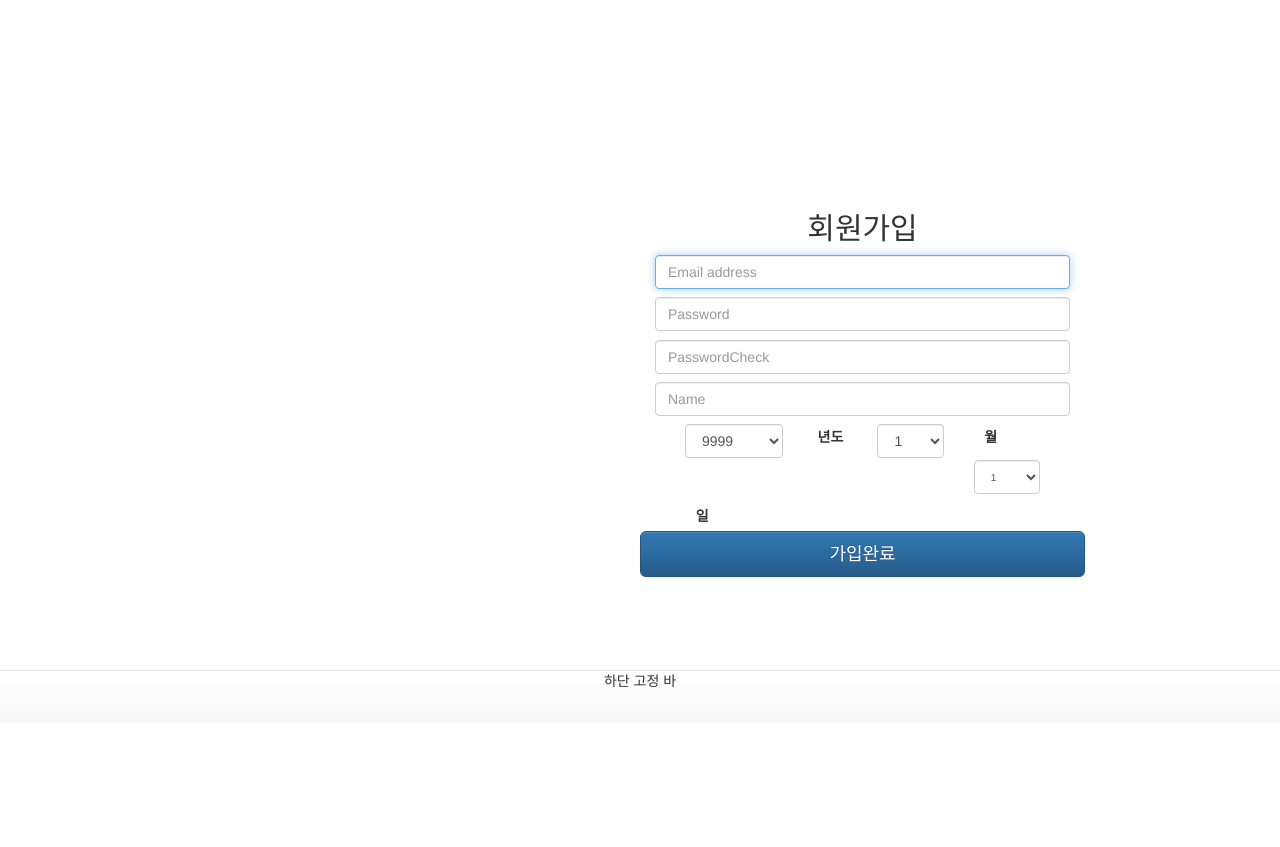
Repository: hrhwbp/Acorn-Final-Project
Page: http://localhost/final_project/index.jsp
An editor plug-in stored every save of this project. The page is shown before and after the next save, followed by the edit.
The browser window is 1280 px wide. The pictures show the whole page.
Some web libraries are served in a nearby version. The page is served by Tomcat 9. Nobody is signed in. The application's start-up code is not run.

Above is the page before, as saved 2016-10-26 07:00:37.

After the next save:
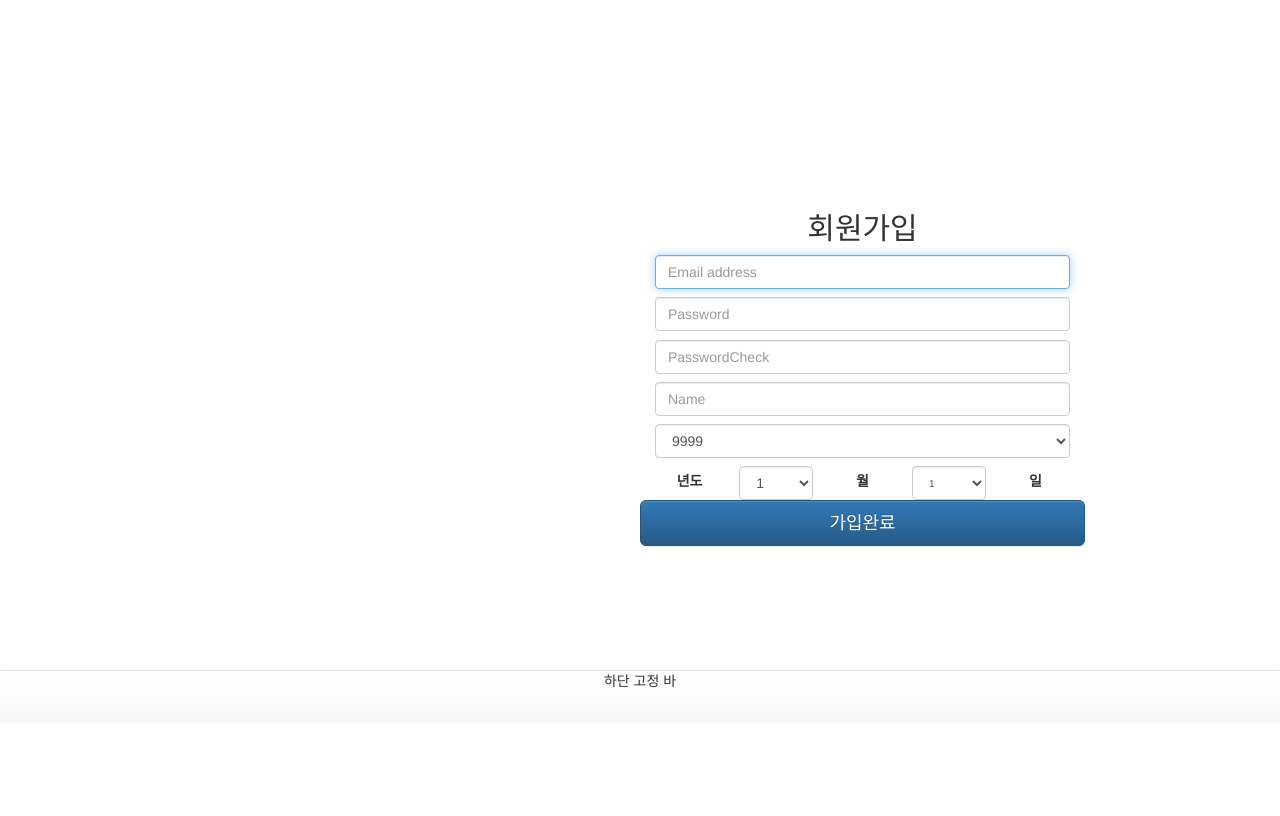
Saved 38 s later.
--- a/final_project/src/main/webapp/index.jsp
+++ b/final_project/src/main/webapp/index.jsp
@@ -80,8 +80,8 @@
 							type="text" class="form-control" id="inputName"
 							placeholder="Name" required>
 					</div>
-					<div class="container col-md-12">
-					<div class="col-md-4 top_pd">
+					<div class="row-md-12">
+					<div class="row-md-3 top_pd">
 						<select class="form-control">
 							<option>9999</option>
 							<option>2</option>
